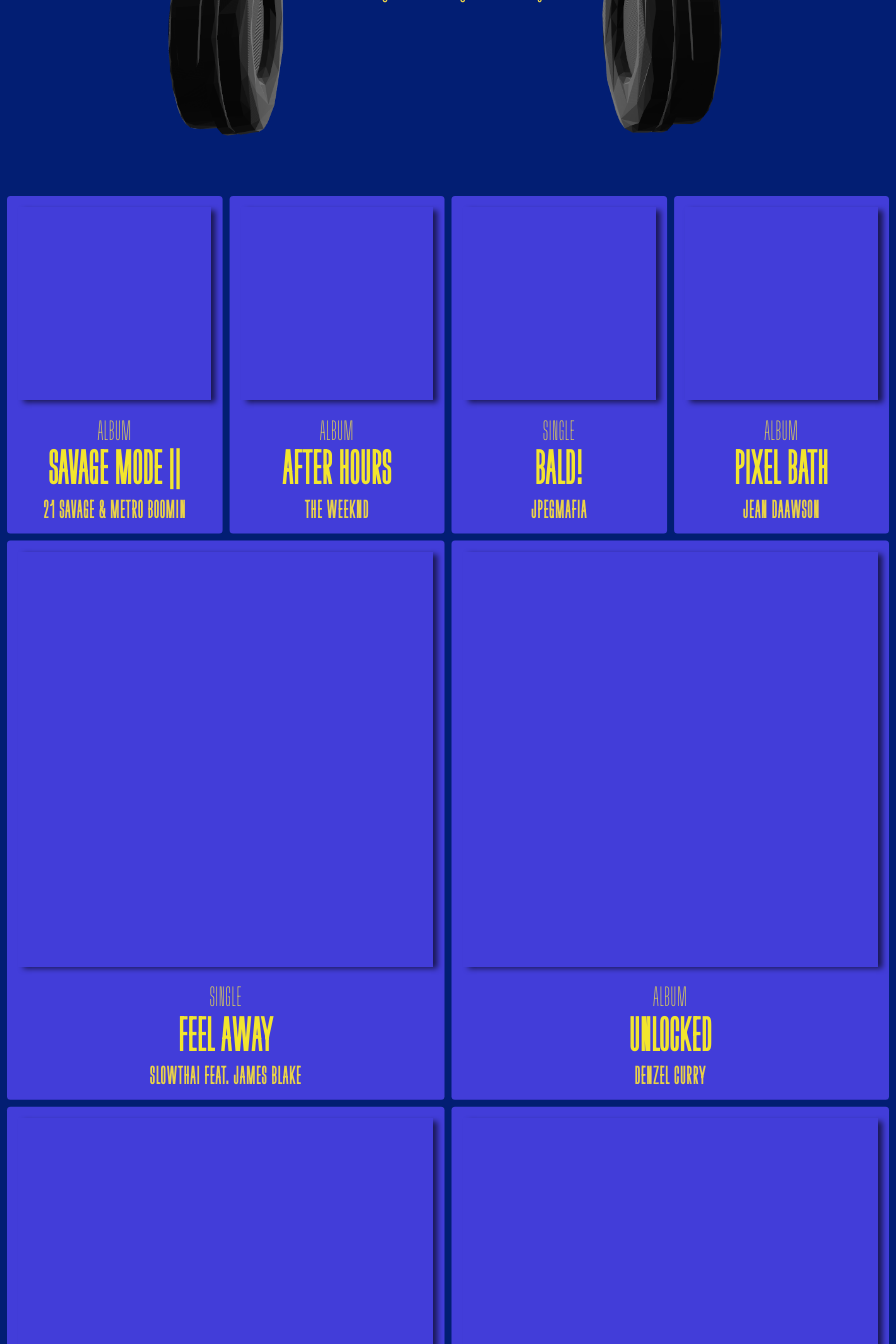
Repository: Spreceriany/musicly2020
Page: /
An editor plug-in stored every save of this project. The page is shown before and after the next save, followed by the edit.
The browser window is 1280 px wide. The pictures show the part of the page from y = 480 to 2400 px (the page is 8491 px tall), at 70% of full size.
Backgrounds fixed to the window are drawn as part of the page. Some web libraries are served in a nearby version. The project was rebuilt for these pictures with package versions that can differ from the ones it lists, and the page was loaded fresh each time.

Above is the page before, as saved 2021-01-18 16:17:43.
Console error: ReferenceError: Blazy is not defined

### index.html
<!doctype html>
<html class="no-js" lang="">

<head>
  <meta charset="utf-8">
  <title></title>
  <meta name="description" content="">
  <meta name="viewport" content="width=device-width, initial-scale=1">

  <meta property="og:title" content="">
  <meta property="og:type" content="">
  <meta property="og:url" content="">
  <meta property="og:image" content="">

  <link rel="manifest" href="site.webmanifest">
  <link rel="apple-touch-icon" href="icon.png">
  <!-- Place favicon.ico in the root directory -->

  <link rel="stylesheet" href="css/main.css">

  <meta name="theme-color" content="#fafafa">
</head>

<body>

  <div class="intro-wrapper">
    <div class="intro-bg" id="intro-bg">

    </div>
    <h3 id="title">
      My favourite albums/singles of <span class="year">2020</span>
    </h3>
    <p id="title-desc">
      A collection of music I've been listening to throughout the year
    </p>
  </div>

  <div class="grid-layout">
    <div class="grid-item grid-item-1">
      <div class="image-container  data-tilt data-tilt-glare data-tilt-max-glare="0.8"">

        <a href="https://open.spotify.com/album/6wTyGUWGCilBFZ837k5aRi">
          <img data-src="img/21savage.jpg" src="data:[embedded picture, 78 characters]" class="b-lazy" alt="image">
        </a>
      </div>
      <div class="album-disc">
        <a href="https://open.spotify.com/album/6wTyGUWGCilBFZ837k5aRi">
          <p>Album</p>
          <h2>Savage Mode ||</h2>
          <h3>21 Savage & Metro Boomin</h3>
        </a>
      </div>
    </div>
    <div class="grid-item grid-item-2 ">
      <div class="image-container data-tilt-glare ">
        <a href="https://open.spotify.com/album/4yP0hdKOZPNshxUOjY0cZj">
        <img data-src="img/Weekend-After-Hours-p.jpg" src="data:[embedded picture, 78 characters]" alt="image" class="b-lazy">
      </a>
      </div>
      <div class="album-disc">
        <a href="https://open.spotify.com/album/4yP0hdKOZPNshxUOjY0cZj">
        <p>Album</p>
        <h2>After Hours</h2>
        <h3>The Weeknd</h3>
      </a>
      </div>
    </div>

    <div class="grid-item grid-item-4">
      <div class="image-container">
        <a href="https://open.spotify.com/album/7h4cJfXQZMUCzHdqh25ye6?highlight=spotify:track:5QAUGlyYPPnis3e8ln0qiz">
        <img data-src="img/jpegmafia.jpg" src="data:[embedded picture, 78 characters]" class="b-lazy"  alt="image" >
      </a>
      </div>
      <div class="album-disc">
        <a href="https://open.spotify.com/album/7h4cJfXQZMUCzHdqh25ye6?highlight=spotify:track:5QAUGlyYPPnis3e8ln0qiz">
        <p>Single</p>
        <h2>BALD!</h2>
        <h3>JPEGMAFIA</h3>
        </a>
      </div>
    </div>
    <div class="grid-item span-2 grid-item-5">
      <div class="image-container">
        <a href="https://open.spotify.com/album/3dkB97Zw0sisRWTn0Wokjg?highlight=spotify:track:20wMPnqHdNdBWaKRaMM7fD">
        <img data-src="img/slowthai-feel-away.jpg" src="data:[embedded picture, 78 characters]" class="b-lazy" alt="image" >
      </a>
      </div>
      <div class="album-disc">
        <a href="https://open.spotify.com/album/3dkB97Zw0sisRWTn0Wokjg?highlight=spotify:track:20wMPnqHdNdBWaKRaMM7fD">
        <p>Single</p>
        <h2>Feel Away</h2>
        <h3>Slowthai feat. James Blake</h3>
      </a>
      </div>
    </div>
    <div class="grid-item grid-item-6">
      <div class="image-container">
        <a href="https://open.spotify.com/album/121Hqnfr9tMBdL0LJuIstL">
        <img data-src="img/dawson.jpg" src="data:[embedded picture, 78 characters]" class="b-lazy"  alt="image" >
      </a>
      </div>
      <div class="album-disc">
        <a href="https://open.spotify.com/album/121Hqnfr9tMBdL0LJuIstL">
        <p>Album</p>
        <h2>Pixel Bath</h2>
        <h3>Jean Daawson</h3>
      </a>
      </div>
    </div>
    <div class="grid-item span-2 grid-item-7">
      <div class="image-container">
        <a href="https://open.spotify.com/album/5LsyqeWryTmxsmda4xkm5a">
        <img data-src="img/denzel.jpg" src="data:[embedded picture, 78 characters]" class="b-lazy"  alt="image" >
      </a>
      </div>
      <div class="album-disc">
        <a href="https://open.spotify.com/album/5LsyqeWryTmxsmda4xkm5a">
        <p>Album</p>
        <h2>UNLOCKED</h2>
        <h3>Denzel Curry</h3>
      </a>
      </div>
    </div>
    <div class="grid-item span-2 grid-item-8">
      <div class="image-container">
        <a href="https://open.spotify.com/album/1YZ3k65Mqw3G8FzYlW1mmp">
        <img data-src="img/circles.jpeg" src="data:[embedded picture, 78 characters]" class="b-lazy" alt="image" >
      </a>
      </div>
      <div class="album-disc">
        <a href="https://open.spotify.com/album/1YZ3k65Mqw3G8FzYlW1mmp">
        <p>Album</p>
        <h2>Circles</h2>
        <h3>Mac Miller</h3>
      </a>
      </div>
    </div>
    <div class="grid-item span-2 grid-item-9">

      <div class="image-container">
        <a href="https://open.spotify.com/album/31qVWUdRrlb8thMvts0yYL">
        <img data-src="img/tame_impala.jpg" src="data:[embedded picture, 78 characters]" class="b-lazy" alt="image" >
      </a>
      </div>
      <div class="album-disc">
        <a href="https://open.spotify.com/album/31qVWUdRrlb8thMvts0yYL">
        <p>Album</p>
        <h2>Slow Rush</h2>
        <h3>Tame Impala</h3>
      </a>
      </div>
    </div>
    <div class="grid-item grid-item-10">

      <div class="image-container">
        <a href="https://open.spotify.com/album/3SucuvOplRzjCm602c5XuK">
         <img data-src="img/berwyn.jpg"  src="data:[embedded picture, 78 characters]" class="b-lazy" alt="image" >
        </a>
      </div>
      <div class="album-disc">
        <a href="https://open.spotify.com/album/3SucuvOplRzjCm602c5XuK">
        <p>Album</p>
        <h2>Demotape/Vega</h2>
        <h3>Berwyn</h3>
      </a>
      </div>

    </div>
    <div class="grid-item grid-item-11 span-2">
      <div class="image-container">
        <a href="https://open.spotify.com/album/66eXLlqksAwNndmHaHWtCq">
        <img data-src="img/clams_casino.jpg" src="data:[embedded picture, 78 characters]"  class="b-lazy" alt="image" >
      </a>
      </div>
      <div class="album-disc">
        <a href="https://open.spotify.com/album/66eXLlqksAwNndmHaHWtCq">
        <p>Album</p>
        <h2>Intrumental Relics</h2>
        <h3>Clams Casino</h3>
      </a>
      </div>
    </div>
    <div class="grid-item span-2 grid-item-12">
      <div class="image-container">
        <a href="https://open.spotify.com/album/5I9K0u8r52jp4Y2bF8mOaz">
        <img data-src="img/gorillaz.jpg"  src="data:[embedded picture, 78 characters]" class="b-lazy" alt="image" >
      </a>
      </div>
      <div class="album-disc">
        <a href="https://open.spotify.com/album/5I9K0u8r52jp4Y2bF8mOaz">
        <p>Album</p>
        <h2>Song Machine, Season One: Strange Timez</h2>
        <h3>Gorillaz</h3>
      </a>
      </div>
    </div>
    <div class="grid-item  grid-item-13">
      <div class="image-container">
        <a href="https://open.spotify.com/album/4XPUXLAWXqM3uWMTucItjd?highlight=spotify:track:62ljuuXo0zrcrtJnnOhfxT">
        <img data-src="img/dearapril.jpg" src="data:[embedded picture, 78 characters]"  class="b-lazy" alt="image" >
      </a>
      </div>
      <div class="album-disc">
        <a href="https://open.spotify.com/album/4XPUXLAWXqM3uWMTucItjd?highlight=spotify:track:62ljuuXo0zrcrtJnnOhfxT">
        <p>Single</p>
        <h2>Dear April</h2>
        <h3>Frank Ocean</h3>
      </a>
      </div>
    </div>
    <div class="grid-item grid-item-14">
      <div class="image-container">
        <a href="https://open.spotify.com/album/0FAWfXvd58Rm2VUSZMF8pr">
        <img data-src="img/frank_cayendo.jpg" src="data:[embedded picture, 78 characters]"  class="b-lazy"  alt="image" >
      </a>
      </div>
      <div class="album-disc">
        <a href="https://open.spotify.com/album/0FAWfXvd58Rm2VUSZMF8pr">
        <p>Single</p>
        <h2>Cayendo</h2>
        <h3>Frank Ocean</h3>
      </a>
      </div>
    </div>
    <div class="grid-item grid-item-15">
      <div class="image-container">
        <a href="https://open.spotify.com/album/7ks5r98qyspJvfoJtXgdj4?highlight=spotify:track:2nSKol7UyxwffI6jLYTuUd">
        <img data-src="img/guapdad.png"  src="data:[embedded picture, 78 characters]" class="b-lazy" alt="image" >
      </a>
      </div>
      <div class="album-disc">
        <a href="https://open.spotify.com/album/7ks5r98qyspJvfoJtXgdj4?highlight=spotify:track:2nSKol7UyxwffI6jLYTuUd">
        <p>Single</p>
        <h2>Lil Scammer That Could</h2>
        <h3>Guapdad 4000 feat. Denzel Curry</h3>
      </a>
      </div>
    </div>
    <div class="grid-item grid-item-16">
      <div class="image-container">
        <a href="https://open.spotify.com/album/5971dUyMLcsZa7IBioI7lP?highlight=spotify:track:1iUWofqtdh9FLzZooLBDw2">
        <img data-src="img/headie.jpg" src="data:[embedded picture, 78 characters]"  class="b-lazy" alt="image" >
      </a>
      </div>
      <div class="album-disc">
        <a href="https://open.spotify.com/album/5971dUyMLcsZa7IBioI7lP?highlight=spotify:track:1iUWofqtdh9FLzZooLBDw2">
        <p>Album</p>
        <h2>GANG</h2>
        <h3>Headie One</h3>
      </a>
      </div>
    </div>
    <div class="grid-item span-3 grid-item-17">
      <div class="image-container">
        <a href="https://open.spotify.com/album/7saSlN9qdW5wKoN4M9nNRq">
        <img data-src="img/james-blake.jpg"  src="data:[embedded picture, 78 characters]" class="b-lazy" alt="image" >
      </a>
      </div>
      <div class="album-disc">
        <a href="https://open.spotify.com/album/7saSlN9qdW5wKoN4M9nNRq">
        <p>Ep</p>
        <h2>Covers</h2>
        <h3>James Blake</h3>
      </a>
      </div>
    </div>
    <div class="grid-item grid-item-18">
      <div class="image-container">
        <a href="https://open.spotify.com/album/5o5xRlwkhpipPC0jGi2Sm2">
        <img data-src="img/jme.jpg" src="data:[embedded picture, 78 characters]"  class="b-lazy" alt="image" >
      </a>
      </div>
      <div class="album-disc">
        <a href="https://open.spotify.com/album/5o5xRlwkhpipPC0jGi2Sm2">
        <p>Album</p>
        <h2>Grime MC</h2>
        <h3>JME</h3>
      </a>
      </div>
    </div>
    <div class="grid-item grid-item-19">
      <div class="image-container">
        <a href="">
        <img data-src="img/lute.jpg"  src="data:[embedded picture, 78 characters]" class="b-lazy" alt="image" >
      </a>
      </div>
      <div class="album-disc">
        <a href="">
        <p>Single</p>
        <h2>Life</h2>
        <h3>Lute</h3>
      </a>
      </div>
    </div>

    <div class="grid-item  grid-item-21">
      <div class="image-container">
        <a href="https://open.spotify.com/album/4SnWrk06dIt4ynFRLpNX6e">
        <img data-src="img/mick.png"  src="data:[embedded picture, 78 characters]" class="b-lazy" alt="image" >
      </a>
      </div>
      <div class="album-disc">
        <a href="https://open.spotify.com/album/4SnWrk06dIt4ynFRLpNX6e">
        <p>Album</p>
        <h2>The Circus</h2>
        <h3>Mick Jenkins</h3>
      </a>
      </div>

    </div>
    <div class="grid-item span-2 grid-item-20">
      <div class="image-container">
        <a href="https://open.spotify.com/album/6a8GwYiEMrXgMvZBvuBXrt">
        <img data-src="img/limbo_amine.jpg"  src="data:[embedded picture, 78 characters]"  class="b-lazy" alt="image" >
      </a>
      </div>
      <div class="album-disc">
        <a href="https://open.spotify.com/album/6a8GwYiEMrXgMvZBvuBXrt">
        <p>Album</p>
        <h2>Limbo</h2>
        <h3>Amine</h3>
      </a>
      </div>
    </div>
    <div class="grid-item span-2 grid-item-22">
      <div class="image-container">
        <a href="https://open.spotify.com/album/35CHoLB0GEwYlOomriifC6">
        <img data-src="img/moses.jpg"  src="data:[embedded picture, 78 characters]" class="b-lazy" alt="image" >
      </a>
      </div>
      <div class="album-disc">
        <a href="https://open.spotify.com/album/35CHoLB0GEwYlOomriifC6">
        <p>Album</p>
        <h2>grae</h2>
        <h3>Moses Sumney</h3>
      </a>
      </div>
    </div>
    <div class="grid-item grid-item-23">
      <div class="image-container">
        <a href="">
        <img data-src="img/mustafa.png"  src="data:[embedded picture, 78 characters]" class="b-lazy" alt="image" >
      </a>
      </div>
      <div class="album-disc">
        <a href="">
        <p>Single</p>
        <h2>Air Forces</h2>
        <h3>Mustafa</h3>
      </a>
      </div>
    </div>
    <div class="grid-item grid-item-24">
      <div class="image-container">
        <a href="">
        <img data-src="img/platinum falcon.jpg" src="data:[embedded picture, 78 characters]"  class="b-lazy" alt="image" >
      </a>
      </div>
      <div class="album-disc">
        <a href="">
        <p>Album</p>
        <h2>Platinum Falcon</h2>
        <h3>Guapdad 4000</h3>
      </a>
      </div>
    </div>
    <div class="grid-item span-2 grid-item-25">
      <div class="image-container">
        <a href="">
        <img data-src="img/motm3.jpg"  src="data:[embedded picture, 78 characters]" class="b-lazy" alt="image" >
      </a>
      </div>
      <div class="album-disc">
        <a href="">
        <p>Album</p>
        <h2>Man on the Moon 3</h2>
        <h3>Kid Cudi</h3>
      </a>
      </div>
    </div>
    <div class="grid-item  grid-item-26">
      <div class="image-container">
        <a href="">
        <img data-src="img/yung_lean.png"  src="data:[embedded picture, 78 characters]" class="b-lazy"   alt="image" >
      </a>
      </div>
      <div class="album-disc">
        <a href="">
        <p>Album</p>
        <h2>Starz</h2>
        <h3>Yung Lean</h3>
      </a>
      </div>
    </div>
    <div class="grid-item  grid-item-26">
      <div class="image-container">
        <a href="">
        <img data-src="img/tobi.jpg"  src="data:[embedded picture, 78 characters]" class="b-lazy"  alt="image" >
      </a>
      </div>
      <div class="album-disc">
        <a href="">
        <p>EP</p>
        <h2>LINGO STARR</h2>
        <h3>tobi lou</h3>
      </a>
      </div>
    </div>
    <div class="grid-item  grid-item-26">
      <div class="image-container">
        <a href="">
        <img data-src="img/whiterose.jpg"  src="data:[embedded picture, 78 characters]" class="b-lazy"  alt="image" >
      </a>
      </div>
      <div class="album-disc">
        <a href="">
        <p>Album</p>
        <h2>white ceiling</h2>
        <h3>whiterosemoxie</h3>
      </a>
      </div>
    </div>
    <div class="grid-item span-2 grid-item-26">
      <div class="image-container">
        <a href="">
        <img data-src="img/spiligion.png"  src="data:[embedded picture, 78 characters]" class="b-lazy" alt="image" >
      </a>
      </div>
      <div class="album-disc">
        <a href="">
        <p>Album</p>
        <h2>Spligion</h2>
        <h3>Spillage Village</h3>
      </a>
      </div>
    </div>
    <div class="grid-item  grid-item-26">
      <div class="image-container">
        <a href="">
        <img data-src="img/kota.jpg"  src="data:[embedded picture, 78 characters]" class="b-lazy" alt="image" >
      </a>
      </div>
      <div class="album-disc">
        <a href="">
        <p>Album</p>
        <h2>EVERYTHING</h2>
        <h3>Kota the Friend</h3>
      </a>
      </div>
    </div>
    <div class="grid-item  grid-item-26">
      <div class="image-container">
        <a href="">
        <img data-src="img/rapper-weed.jpg"  src="data:[embedded picture, 78 characters]" class="b-lazy" alt="image" >
      </a>
      </div>
      <div class="album-disc">
        <a href="">
        <p>Single</p>
        <h2>Rapper Weed</h2>
        <h3>SiR</h3>
      </a>
      </div>
    </div>
    <div class="grid-item span-2 grid-item-27">
      <div class="image-container">
        <a href="">
        <img data-src="img/strokes.jpg"  src="data:[embedded picture, 78 characters]" class="b-lazy"  alt="image" >
      </a>
      </div>
      <div class="album-disc">
        <a href="">
        <p>Album</p>
        <h2>The New Abnormal</h2>
        <h3>The Strokes</h3>
      </a>
      </div>
    </div>



  </div>




  <script src="js/vendor/modernizr-3.11.2.min.js"></script>
  <script src="js/plugins.js"></script>
  <script async src="js/main.js"></script>
  <script src="js/blazy.js"></script>
  <script src="https://cdnjs.cloudflare.com/ajax/libs/gsap/3.6.0/gsap.min.js"></script>
  <script src="https://cdnjs.cloudflare.com/ajax/libs/gsap/3.6.0/ScrollTrigger.min.js"></script>
  <script src="js/vanilla-tilt.min.js"></script>
  <!-- Google Analytics: change UA-XXXXX-Y to be your site's ID. -->
  <script>
    var blazy = new Blazy({
      offset:100
    });
  </script>

  <script type="text/javascript">
    if (window.innerWidth > 996) {
      VanillaTilt.init(document.querySelectorAll(".image-container"), {
      max: 10,
      speed: 700,
      glare:true,
      gyroscope:false,


      "max-glare":.6,
    });

    //It also supports NodeList
    VanillaTilt.init(document.querySelectorAll(".image-container"));
      }

  </script>



  <script src="https://www.google-analytics.com/analytics.js" async></script>
</body>

</html>

### css/main.css
@font-face {
  font-family: "Gt Flexa";
  src: url("../css/GT Flexa Regular.ttf");
}

* {
  -webkit-box-sizing: border-box;
          box-sizing: border-box;
  padding: 0;
  margin: 0;
}

body {
  font-family: "GT Flexa", "Segoe UI", Tahoma, Geneva, Verdana, sans-serif;
  -webkit-font-smoothing: antialiased;
  -moz-osx-font-smoothing: grayscale;
  font-display: swap;
}

.grid-layout {
  display: -ms-grid;
  display: grid;
  -ms-grid-columns: (minmax(300px, 1fr))[auto-fill];
      grid-template-columns: repeat(auto-fill, minmax(300px, 1fr));
  grid-gap: 10px;
  grid-auto-rows: minmax(300px, auto);
  grid-auto-flow: dense;
  padding: 10px;
  background-color: #021e73;
}

.grid-item {
  display: -ms-grid;
  display: grid;
  padding: 1rem;
  opacity: 0;
  font-size: 40px;
  -webkit-box-align: stretch;
      -ms-flex-align: stretch;
          align-items: stretch;
  justify-items: center;
  background-color: #423dd9;
  height: 100%;
  -webkit-transform: translateY(30px);
          transform: translateY(30px);
  color: #929796;
  border-radius: 5px;
}

.grid-item h2 {
  color: #f2e52e;
  text-transform: uppercase;
  letter-spacing: 2px;
  margin-top: -12px;
  font-size: 4.2rem;
}

.grid-item h3 {
  color: #e9d249;
  text-transform: uppercase;
  letter-spacing: 2px;
  font-size: 2.2rem;
  font-weight: 700;
}

.grid-item p {
  text-transform: uppercase;
  letter-spacing: 1px;
  color: #cabc69;
}

.grid-item:hover .image-container img {
  -webkit-transform: scale(1.02);
          transform: scale(1.02);
  -webkit-box-shadow: 5px 3px 30px 9px #000000;
  box-shadow: 0px 14px 43px 6px #000000;
}

.grid-item:hover .album-disc {
  -webkit-transform: scale(0.9);
          transform: scale(0.9);
  opacity: 0.8;
}

.span-2 {
  -ms-grid-column-span: 2;
      grid-column-end: span 2;
  -ms-grid-row-span: 2;
      grid-row-end: span 2;
}

@media (max-width: 646px) {
  .grid-layout {
    -ms-grid-columns: 1fr;
        grid-template-columns: 1fr;
  }
  .span-2 {
    grid-column-end: auto;
    grid-row-end: auto;
  }
}

img {
  width: 100%;
  height: auto;
}

.image-container {
  width: 100%;
  display: table;
}

.image-container a {
  display: -webkit-box;
  display: -ms-flexbox;
  display: flex;
}

.image-container img {
  -o-object-fit: cover;
     object-fit: cover;
  -webkit-box-shadow: 7px 4px 8px 0px rgba(0, 0, 0, 0.63);
  box-shadow: 7px 4px 8px 0px rgba(0, 0, 0, 0.63);
  -webkit-transition: -webkit-transform 0.7s ease, -webkit-box-shadow 0.7s ease;
  transition: -webkit-transform 0.7s ease, -webkit-box-shadow 0.7s ease;
  transition: transform 0.7s ease, box-shadow 0.7s ease;
  transition: transform 0.7s ease, box-shadow 0.7s ease, -webkit-transform 0.7s ease, -webkit-box-shadow 0.7s ease;
}

.album-disc {
  width: 100%;
  position: relative;
  display: -webkit-box;
  display: -ms-flexbox;
  display: flex;
  -webkit-box-orient: vertical;
  -webkit-box-direction: normal;
      -ms-flex-direction: column;
          flex-direction: column;
  -webkit-box-align: center;
      -ms-flex-align: center;
          align-items: center;
  -webkit-transition: opacity 0.7s ease, -webkit-transform 0.7s ease;
  transition: opacity 0.7s ease, -webkit-transform 0.7s ease;
  transition: opacity 0.7s ease, transform 0.7s ease;
  transition: opacity 0.7s ease, transform 0.7s ease, -webkit-transform 0.7s ease;
  margin-top: 15px;
}

.album-disc a {
  -ms-flex-item-align: center;
      -ms-grid-row-align: center;
      align-self: center;
  text-decoration: none;
  text-align: center;
  position: relative;
}

.intro-wrapper {
  width: 100%;
  min-height: 100vh;
  background-color: #021e73;
  display: -ms-grid;
  display: grid;
  z-index: 10;
  padding: 40px;
  background-position: 60% center;
  place-content: center;
  position: relative;
}

@media only screen and (max-width: 996px) {
  .intro-wrapper .intro-wrapper {
    background-position: left;
  }
}

.intro-wrapper h3 {
  opacity: 0;
  font-weight: 700;
  text-transform: uppercase;
  color: #f2e52e;
  letter-spacing: 3px;
  font-size: max(11vw, 5rem);
}

@media (max-width: 556px) {
  .intro-wrapper h3,
  .intro-wrapper p {
    line-height: 94%;
  }
}

.intro-wrapper p {
  font-size: max(5vw, 3rem);
  color: #e9d249;
  letter-spacing: 2px;
  line-height: 45px;
  opacity: 0;
}

.intro-wrapper .intro-bg {
  position: absolute;
  width: 100%;
  height: 100%;
  background-image: url("../img/sluchatka5.png");
  background-size: cover;
  background-repeat: no-repeat;
  background-position: center;
  background-attachment: fixed;
  z-index: -1;
  opacity: 0;
}

@media only screen and (max-width: 996px) {
  .intro-wrapper .intro-bg {
    background-position: left;
  }
}

.year {
  color: #021e73;
  text-shadow: 1px 0 0 #f2e52e, 0 1px 0 #f2e52e, -1px 0 0 #f2e52e, 0 -1px 0 #f2e52e;
}
/*# sourceMappingURL=main.css.map */

### js/plugins.js
// Avoid `console` errors in browsers that lack a console.
(function() {
  var method;
  var noop = function () {};
  var methods = [
    'assert', 'clear', 'count', 'debug', 'dir', 'dirxml', 'error',
    'exception', 'group', 'groupCollapsed', 'groupEnd', 'info', 'log',
    'markTimeline', 'profile', 'profileEnd', 'table', 'time', 'timeEnd',
    'timeline', 'timelineEnd', 'timeStamp', 'trace', 'warn'
  ];
  var length = methods.length;
  var console = (window.console = window.console || {});

  while (length--) {
    method = methods[length];

    // Only stub undefined methods.
    if (!console[method]) {
      console[method] = noop;
    }
  }
}());

// Place any jQuery/helper plugins in here.

### js/main.js
const timeline = gsap.timeline({ defaults: { duration: 1 } });
gsap.registerPlugin(ScrollTrigger);

ScrollTrigger.batch(".grid-item", {
  start: "top 50%",
  end:"top 0%",

  onEnter: (batch) =>
    gsap.to(batch,
        { opacity: 1,
          stagger: 0.2,
        }),
//   onLeaveBack: (batch) => gsap.to(batch, { opacity: 0, stagger: 0.3 }),
});

timeline
  .to("#intro-bg", { scale: 1, opacity: 1, duration: 1.5 })
  .to("#title", { opacity: 1 })
  .to("#title-desc", { opacity: 1 });

Loaded but not shown: js/vendor/modernizr-3.11.2.min.js (library); js/vanilla-tilt.min.js (library); js/blazy.js (370 lines, source omitted)

After the next save:
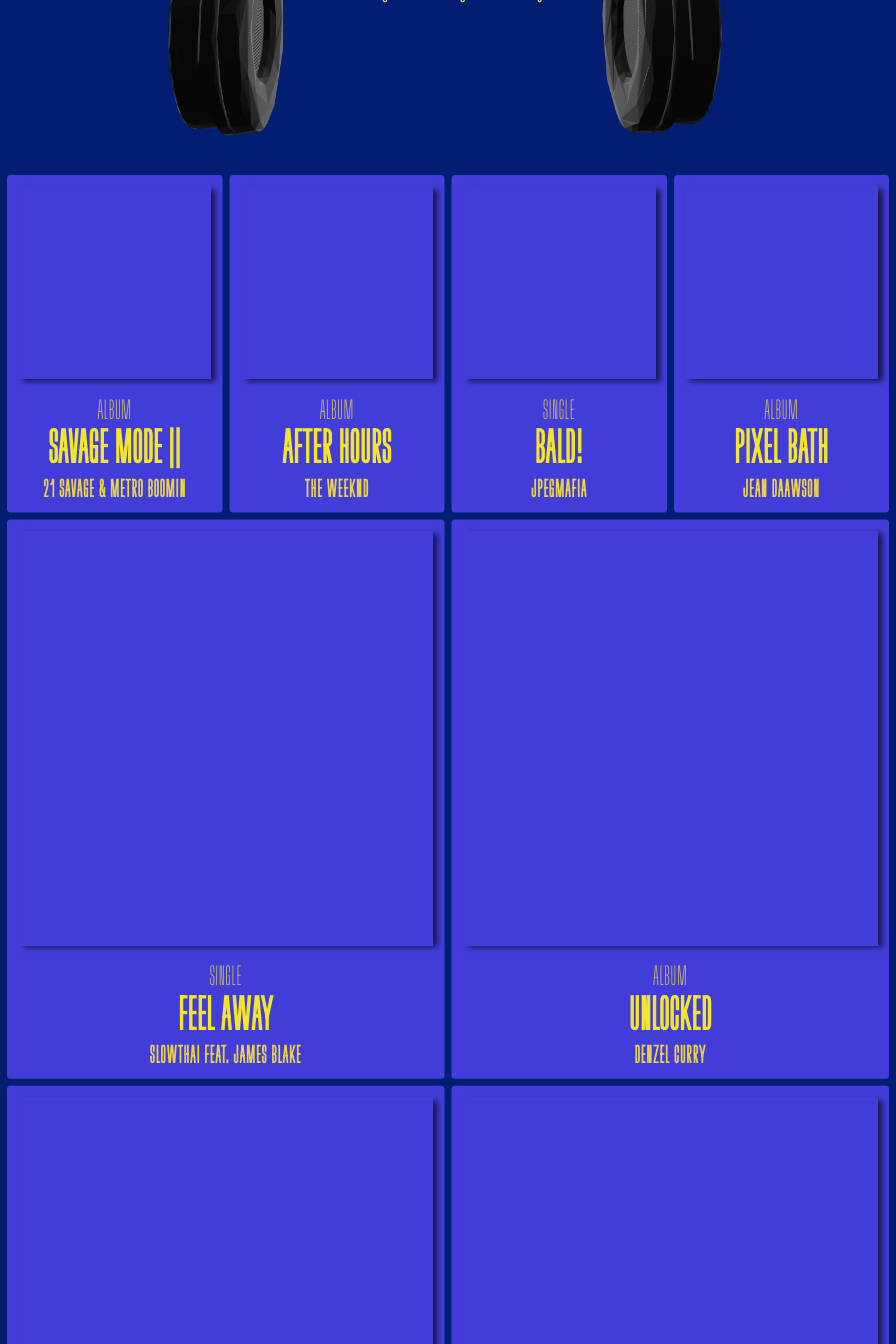
Saved 16 s later.
--- a/js/main.js
+++ b/js/main.js
@@ -9,6 +9,7 @@
     gsap.to(batch,
         { opacity: 1,
           stagger: 0.2,
+          y:0
         }),
 //   onLeaveBack: (batch) => gsap.to(batch, { opacity: 0, stagger: 0.3 }),
 });
